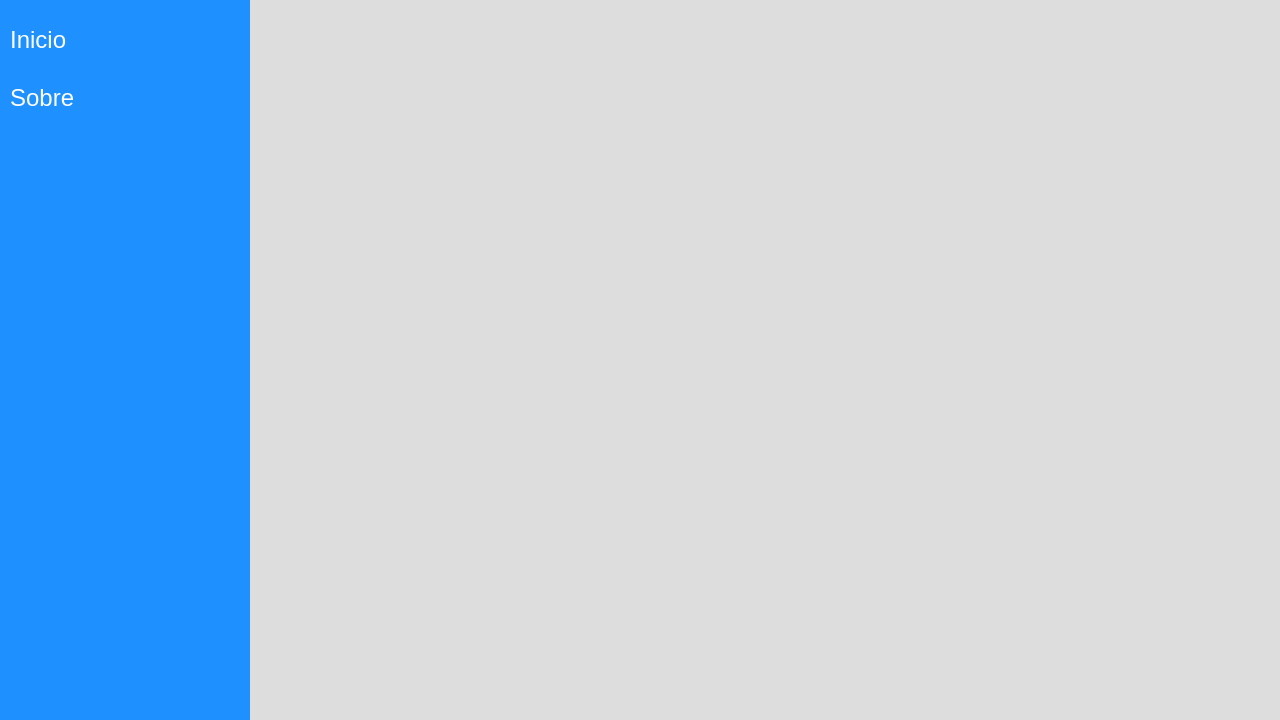
Repository: mateus-henrique-silva/estudos-react
Page: /
These files come from the project's save history. The page is drawn as it stood at one moment and after a run of saves; the edit follows.
The browser window is 1280 px wide. The pictures show the whole page.
The project was rebuilt for these pictures with package versions that can differ from the ones it lists, and the page was loaded fresh each time. Also part of the build but not shown: src/Views/About.jsx, src/Views/Home.jsx.

Above is the page before, as saved 2022-07-11 17:27:15.

After the next 4 saves:
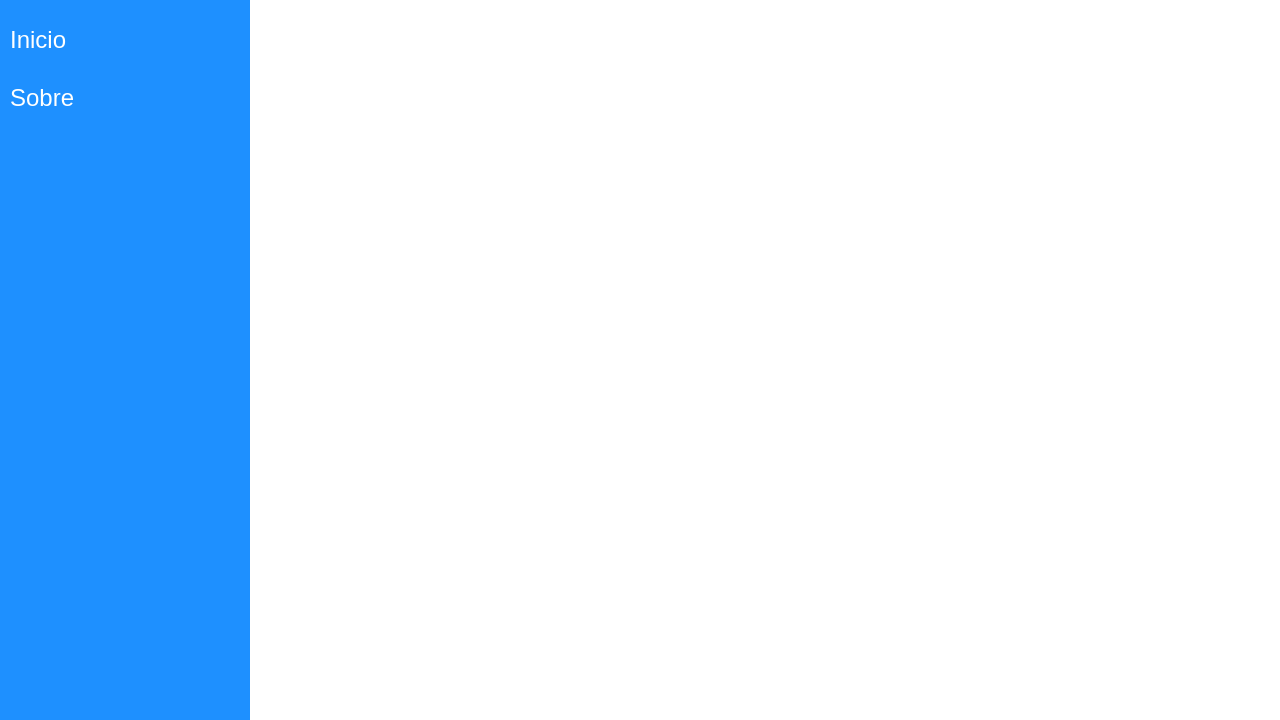
The 4 saves are shown as one change because 1 did not build or start and some came seconds apart.
The last was saved 39 s later.
--- a/src/Components/Content/Content.jsx
+++ b/src/Components/Content/Content.jsx
@@ -3,7 +3,7 @@ import "./Content.css";
 import {Routes,  Route } from "react-router-dom";
 import About from "../../Views/About";
 import Home from "../../Views/Home";
-const Content = (props) => (
+const Content = (props) => {
   <main className="content">
     {/* <Routes>
       <Route path="/about">
@@ -14,5 +14,5 @@ const Content = (props) => (
       </Route>
     </Routes> */}
   </main>
-);
+};
 export default Content;
